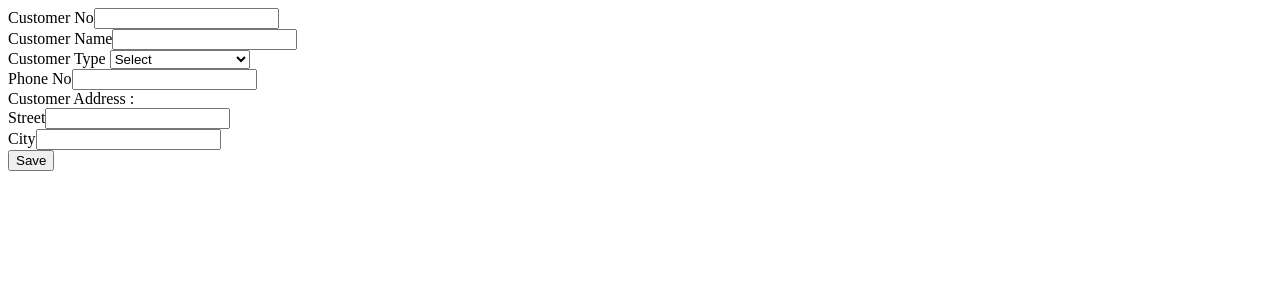
Repository: Mahesh2114/Project
Page: http://localhost/bms/save.jsp
An editor plug-in stored every save of this project. The page is shown before and after the next save, followed by the edit.
The browser window is 1280 px wide. The pictures show the whole page.
The page is served by Tomcat 9. Other server files are loaded and not shown.

Above is the page before, as saved 2021-12-05 08:42:50.

### Project1/bms/src/main/webapp/save.jsp
<%@ page language="java" contentType="text/html; charset=ISO-8859-1"
	pageEncoding="ISO-8859-1"%>
<!DOCTYPE html>
<html>
<head>
<meta charset="ISO-8859-1">
<title>Insert title here</title>
</head>
<body>
	<form action="/save" method="post">

        <div>
			<label>Customer No</label><input type="text" name="cid">
		</div>
		<div>
			<label>Customer Name</label><input type="text" name="name">
		</div>
		<div>
			<label>Customer Type</label> <select>
			<option value="select">Select</option>
				<option value="cheap">Cheap Customer</option>
				<option value="educated">Educated Customer</option>
				<option value="driven">Driven Customer</option>
			</select>
		</div>
		<div>
			<label>Phone No</label><input type="text" name="phone">
		</div>
		<div>
			<label>Customer Address :</label><br> <label>Street</label><input
				type="text" name="street"> <br>
			<label>City</label><input type="text" name="city"><br>
		</div>
		<div>

		<div>
			<button type="submit">Save</button>
		</div>
	</form>
</body>
</html>

After the next save:
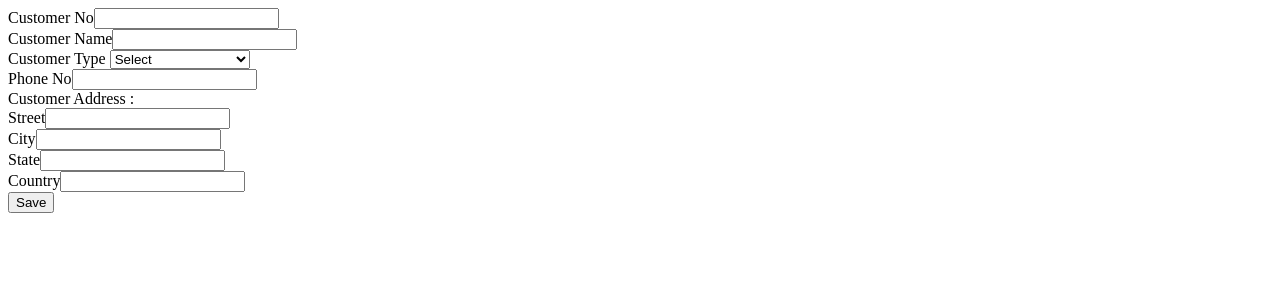
Saved 97 s later.
--- a/Project1/bms/src/main/webapp/save.jsp
+++ b/Project1/bms/src/main/webapp/save.jsp
@@ -30,6 +30,8 @@
 			<label>Customer Address :</label><br> <label>Street</label><input
 				type="text" name="street"> <br>
 			<label>City</label><input type="text" name="city"><br>
+			<label>State</label><input type="text" name="state"><br>
+			<label>Country</label><input type="text" name="country"><br>
 		</div>
 		<div>
 
